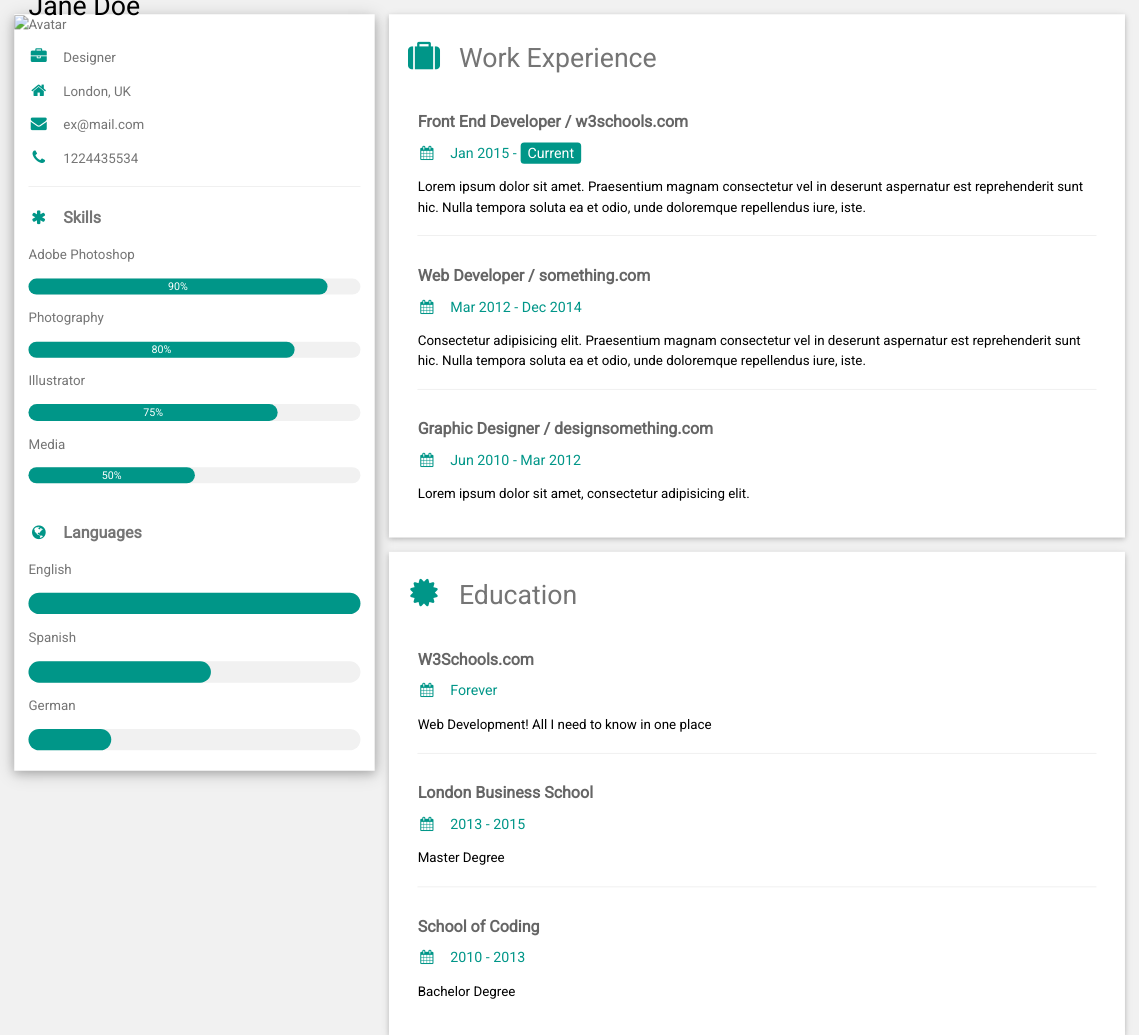
Repository: 365dayschallenge/interface_uniliver
Page: careers.html
These files come from the project's save history. The page is drawn as it stood at one moment and after the next save; the edit follows.
The browser window is 1280 px wide. The pictures show the whole page, at 89% of full size.

Above is the page before, as saved 2022-12-18 17:33:56.
Not found: w3images/avatar_hat.jpg

After the next save:
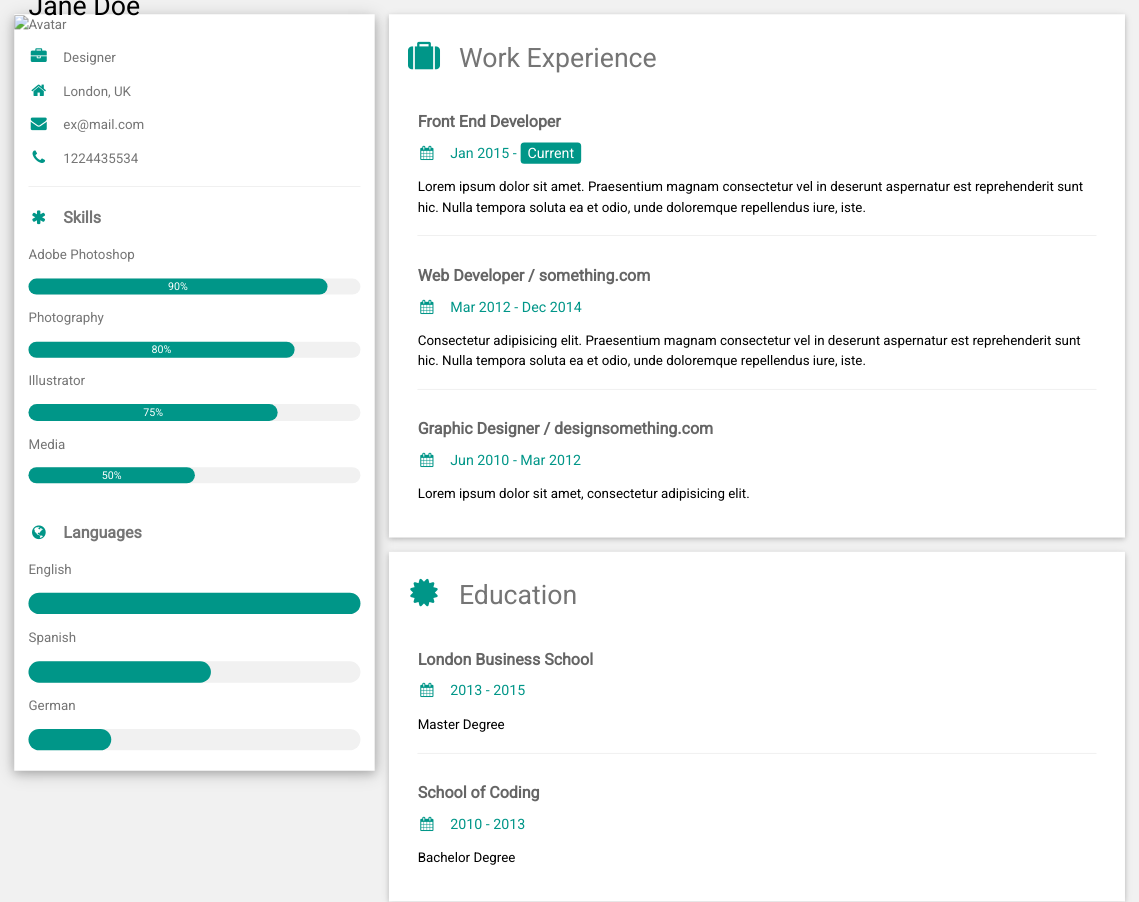
Saved 4 min 27 s later.
--- a/careers.html
+++ b/careers.html
@@ -84,7 +84,7 @@ html,body,h1,h2,h3,h4,h5,h6 {font-family: "Roboto", sans-serif}
       <div class="w3-container w3-card w3-white w3-margin-bottom">
         <h2 class="w3-text-grey w3-padding-16"><i class="fa fa-suitcase fa-fw w3-margin-right w3-xxlarge w3-text-teal"></i>Work Experience</h2>
         <div class="w3-container">
-          <h5 class="w3-opacity"><b>Front End Developer / w3schools.com</b></h5>
+          <h5 class="w3-opacity"><b>Front End Developer</b></h5>
           <h6 class="w3-text-teal"><i class="fa fa-calendar fa-fw w3-margin-right"></i>Jan 2015 - <span class="w3-tag w3-teal w3-round">Current</span></h6>
           <p>Lorem ipsum dolor sit amet. Praesentium magnam consectetur vel in deserunt aspernatur est reprehenderit sunt hic. Nulla tempora soluta ea et odio, unde doloremque repellendus iure, iste.</p>
           <hr>
@@ -104,12 +104,7 @@ html,body,h1,h2,h3,h4,h5,h6 {font-family: "Roboto", sans-serif}
 
       <div class="w3-container w3-card w3-white">
         <h2 class="w3-text-grey w3-padding-16"><i class="fa fa-certificate fa-fw w3-margin-right w3-xxlarge w3-text-teal"></i>Education</h2>
-        <div class="w3-container">
-          <h5 class="w3-opacity"><b>W3Schools.com</b></h5>
-          <h6 class="w3-text-teal"><i class="fa fa-calendar fa-fw w3-margin-right"></i>Forever</h6>
-          <p>Web Development! All I need to know in one place</p>
-          <hr>
-        </div>
+
         <div class="w3-container">
           <h5 class="w3-opacity"><b>London Business School</b></h5>
           <h6 class="w3-text-teal"><i class="fa fa-calendar fa-fw w3-margin-right"></i>2013 - 2015</h6>
